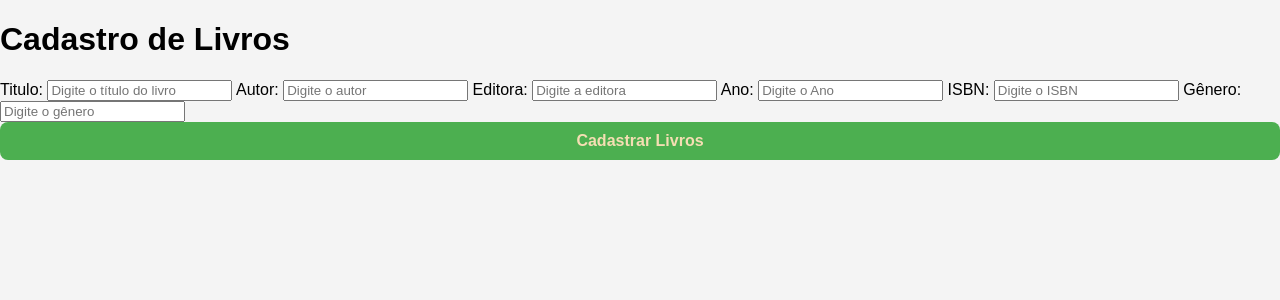
Repository: cleytonds/Biblioteca
Page: templates/cadastro_livros.HTML
An editor plug-in stored every save of this project. The page is shown before and after the next save, followed by the edit.
The browser window is 1280 px wide. The pictures show the whole page.

Above is the page before, as saved 2025-11-17 15:59:22.

### templates/cadastro_livros.HTML
<!DOCTYPE html>
<html lang="en">
<head>
    <meta charset="UTF-8">
    <meta name="viewport" content="width=device-width, initial-scale=1.0">
    <title>Cadastro de Livros</title>
    <link rel="stylesheet" href="../Static/cadastroDeLivros.css">
    <style>

    </style>

</head>
<body>
    <div class="form-cotainer">
        <h1>Cadastro de Livros</h1>
        <form id="cadastroLivros">
            <label for="titulo">Titulo:</label>
            <input type="text" id="titulo" name="titulo" placeholder="Digite o título do livro"required>

            <label for="autor">Autor:</label>
            <input type="text" id="autor" name="autor" placeholder="Digite o autor"required>

            <label for="editora">Editora:</label>
            <input type="text" id="editora" name="editora" placeholder="Digite a editora"required>

            <label for="ano">Ano:</label>
            <input type="text" id="Ano" name="Ano" placeholder="Digite o Ano"required>

            <label for="ISBN">ISBN:</label>
            <input type="text" id="ibns" name="ibns" placeholder="Digite o ISBN"required>

            <label for="genero">Gênero:</label>
            <input type="text" id="genero" name="genero" placeholder="Digite o gênero"required>

            <button type="submit" class="btn-cadastro">Cadastrar Livros</button>

        </form>
    </div>


</body>
</html>

### Static/cadastroDeLivros.css
/*reset básico*/
body{
    margin: 0;
    font-family: Arial, sans-serif;
    background-color: #f4f4f4;
}
/*Container do Formulario*/
.from-container{
    background-color: #fff;
    width: 400px;
    margin: 50px auto;
    padding: 30px;
    border-radius: 10px;
    box-shadow: 0 5px 50px rgba(0,0,0,0.2);

}
/*Titulo do formulário*/
.from-container h1{
    text-align: center;
    color: #2c3e50;
    margin-bottom: 30px;
}
/*Labels e inputs*/
.from-container label{
    display: block;
    margin-bottom: 5px;
    font-weight: bold;

}
.from-container input{
    width: 100%;
    padding: 1px;
    margin-bottom: 15px;
    border-radius: 16;
    border: 1px solid #d61c1c;
    box-sizing: border-box;

}
/*Botão de cadastro*/
.btn-cadastro {
    width: 100%;
    padding: 10px;
    background-color: #4caf50;
    color: wheat;
    font-size: 16px;
    font-weight: bold;
    border: none;
    border-radius: 8px;
    cursor: pointer;
    transition: all 0.3s;

}
.btn-cadastro:hover{
    background-color: #45a049;
    transform: scale(1.02);
    box-shadow: 0 5px 15px rgba( 0,0,0,0.2);
}

After the next save:
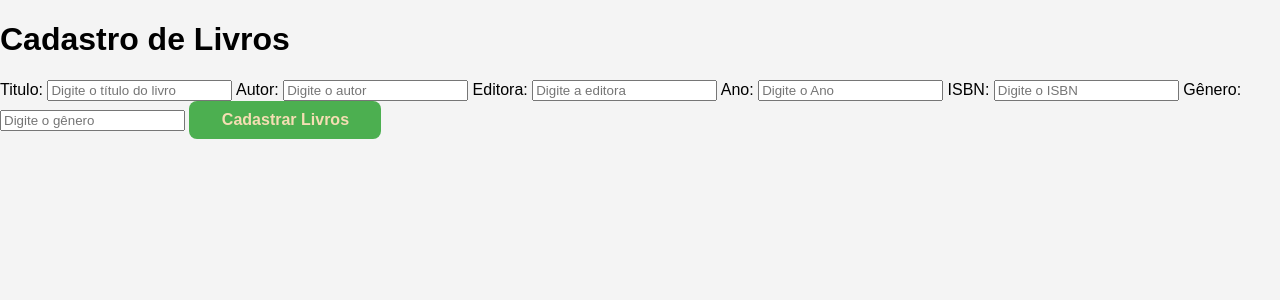
Saved 36 s later.
--- a/Static/cadastroDeLivros.css
+++ b/Static/cadastroDeLivros.css
@@ -38,7 +38,7 @@ body{
 }
 /*Botão de cadastro*/
 .btn-cadastro {
-    width: 100%;
+    width: 15%;
     padding: 10px;
     background-color: #4caf50;
     color: wheat;
